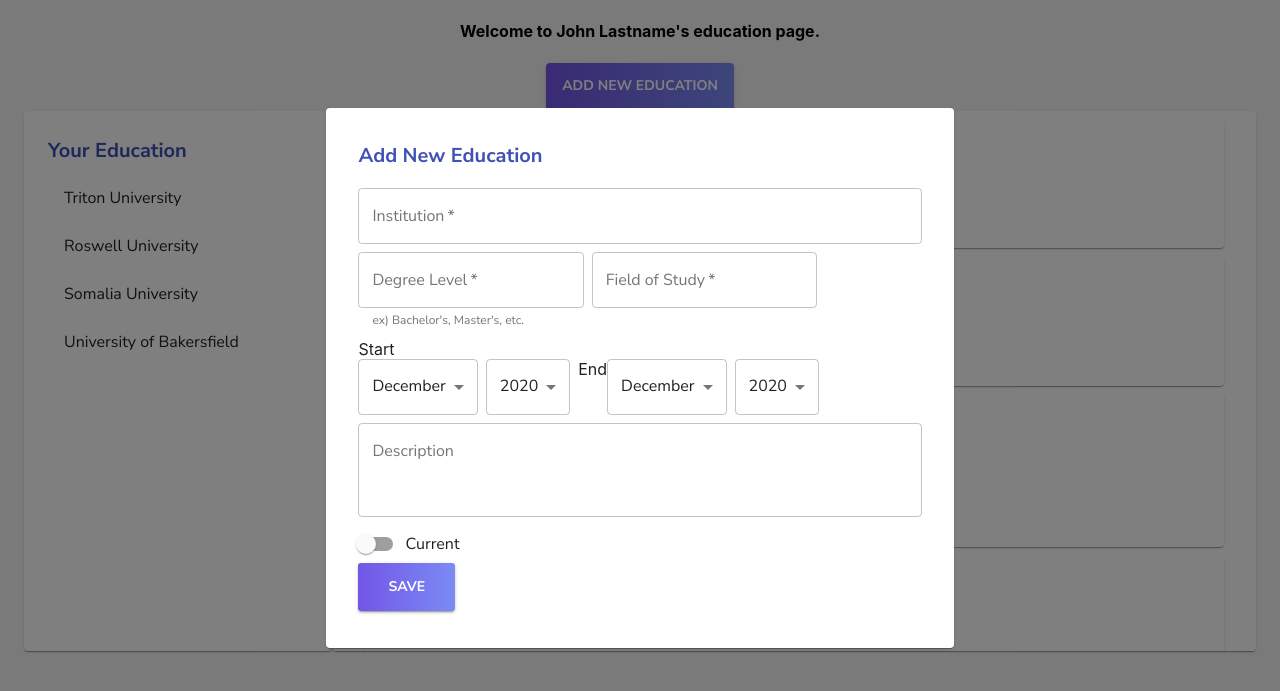
Repository: noellered/Showwcase-React-Challenge
Page: / (app in showwcase-education-react/), after clicking the first element matching `button.MuiButtonBase-root`
An editor plug-in stored every save of this project. The page is shown before and after the next save, followed by the edit.
The browser window is 1280 px wide. The pictures show the whole page.
The page's requests for data from a server got no answer. An inner scrolling area shows only its first screen. The project was rebuilt for these pictures with package versions that can differ from the ones it lists, and the page was loaded fresh each time. No one was signed in, and anything a server would have sent is missing. Also part of the build but not shown: showwcase-education-react/src/components/Home.tsx.

Above is the page before, as saved 2020-12-17 18:06:06.

After the next save:
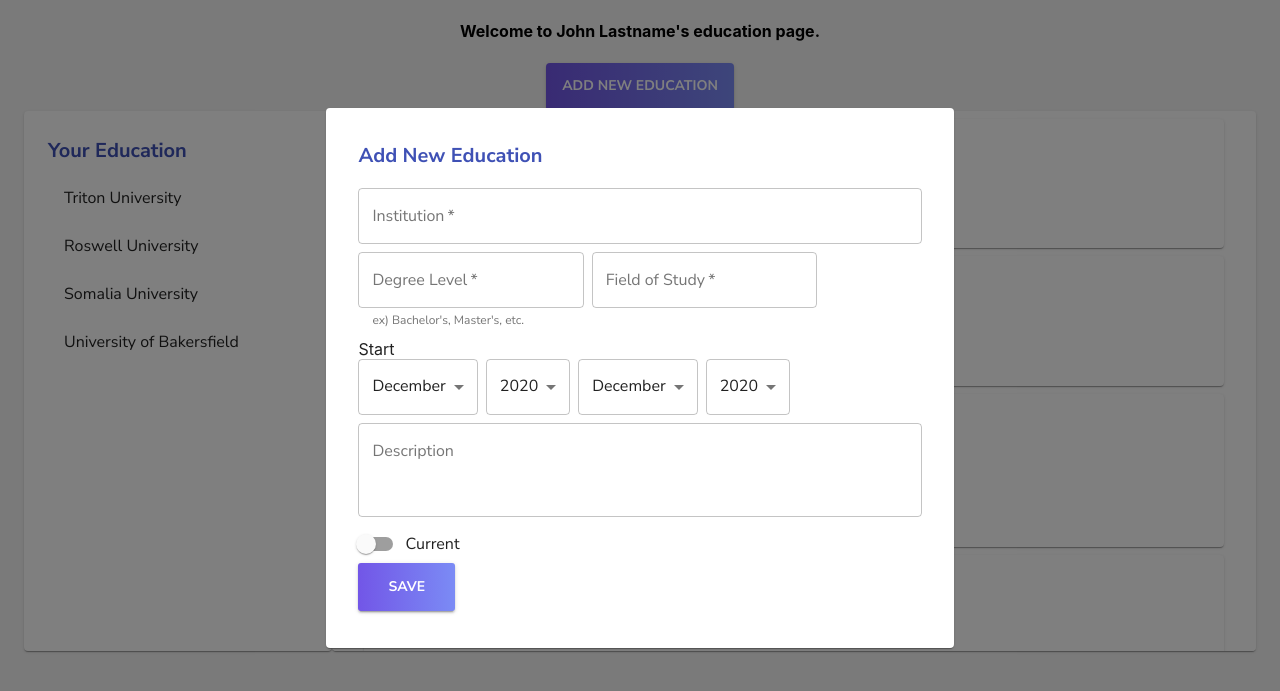
Saved 12 s later.
--- a/showwcase-education-react/src/components/education/EducationModalContent.tsx
+++ b/showwcase-education-react/src/components/education/EducationModalContent.tsx
@@ -179,7 +179,7 @@ const EducationModalContent:FunctionComponent<{handleUpdate: any}>= ({ handleUpd
                     <MonthPicker className={`${classes.input} ${classes.mr}`} id="startMonth" onChange={(e)=> setStart({...start, month: e.target.value})}/>
                     <YearPicker className={`${classes.input} ${classes.mr}`} id="startYear" onChange={(e)=> setStart({...start, year: e.target.value})}/>
 
-                  <label>End</label>
+
                     <MonthPicker className={`${classes.input} ${classes.mr}`} id="endMonth" onChange={(e)=> setEnd({...end, month: e.target.value})}/>
                     <YearPicker className={`${classes.input} ${classes.mr}`} id="endYear" onChange={(e)=> setEnd({...end, year: e.target.value})}/>
                 </div>
